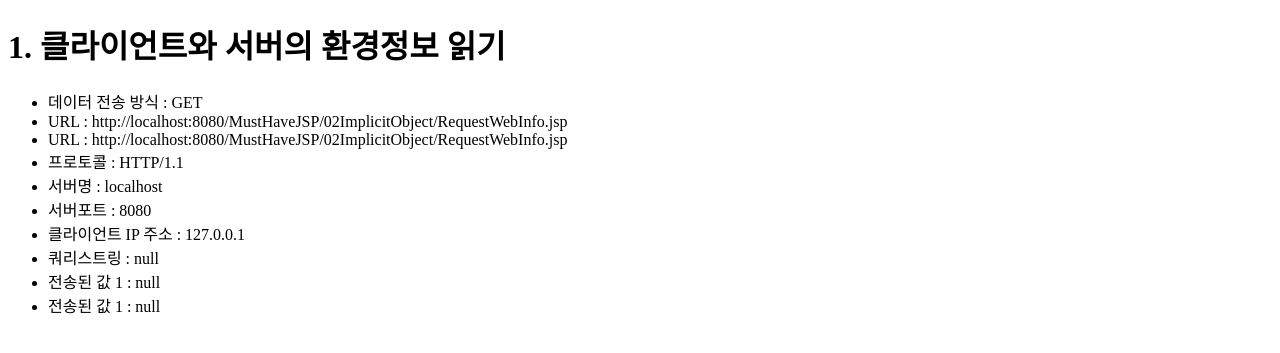
Repository: Park-Dongheon/Servlet-JSP_Training
Page: http://localhost/MustHaveJSP/02ImplicitObject/RequestWebInfo.jsp
An editor plug-in stored every save of this project. The page is shown before and after the next save, followed by the edit.
The browser window is 1280 px wide. The pictures show the whole page.
The page is served by Tomcat 10.

Above is the page before, as saved 2024-06-07 01:00:53.

After the next save:
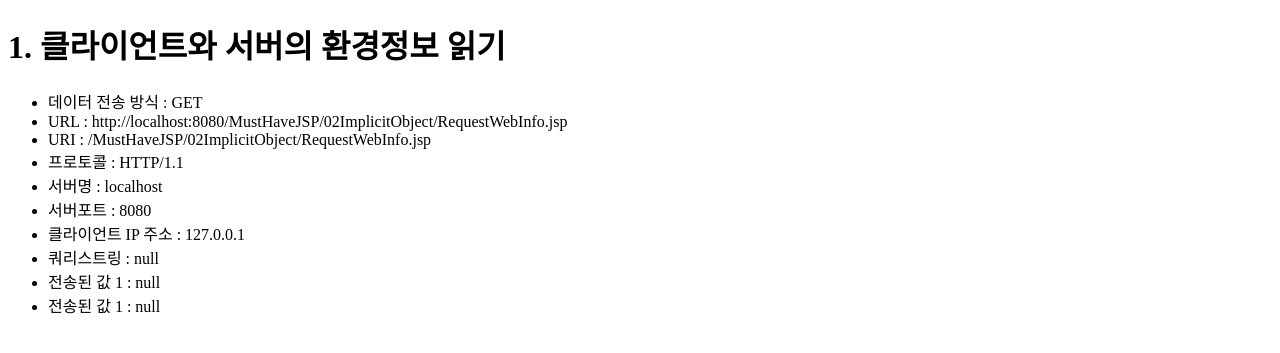
Saved 7 min 51 s later.
--- a/MustHaveJSP/src/main/webapp/02ImplicitObject/RequestWebInfo.jsp
+++ b/MustHaveJSP/src/main/webapp/02ImplicitObject/RequestWebInfo.jsp
@@ -11,7 +11,7 @@
 	<ul>
 		<li>데이터 전송 방식 : <%= request.getMethod() %></li>
 		<li>URL : <%= request.getRequestURL() %></li>
-		<li>URL : <%= request.getRequestURL() %></li>
+		<li>URI : <%= request.getRequestURI() %></li>
 		<li>프로토콜 : <%= request.getProtocol() %></li>
 		<li>서버명 : <%= request.getServerName() %></li>
 		<li>서버포트 : <%= request.getServerPort() %></li>
